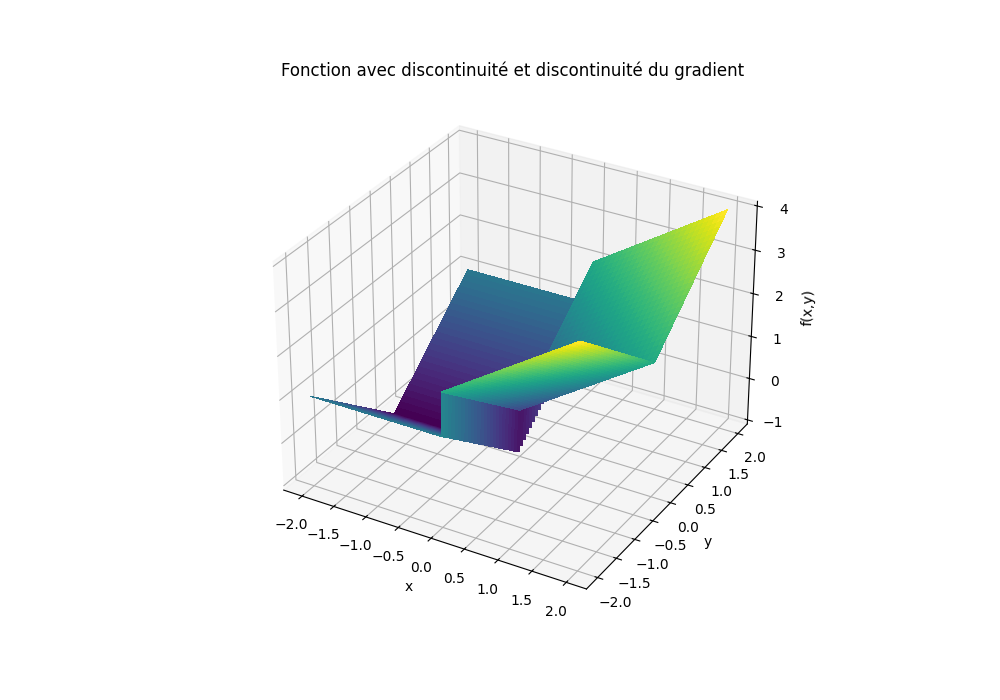
Repository: oomcth/Gradient-smoothing
Script's output: python test2D.py
An editor plug-in stored every save of this project. The script's output is shown before and after the next save, followed by the edit.
Random numbers start from a fixed seed.

Above is the script's output before, as saved 2025-11-23 22:22:34.

### test2D.py
import numpy as np
import matplotlib.pyplot as plt


def f(x, y):
    return np.where(x >= 0, x + np.abs(y), -1 + np.abs(y))


x = np.linspace(-2, 2, 400)
y = np.linspace(-2, 2, 400)
X, Y = np.meshgrid(x, y)
Z = f(X, Y)

fig = plt.figure(figsize=(10, 7))
ax = fig.add_subplot(111, projection="3d")
surf = ax.plot_surface(X, Y, Z, cmap="viridis", linewidth=0, antialiased=False)

ax.set_title("Fonction avec discontinuité et discontinuité du gradient")
ax.set_xlabel("x")
ax.set_ylabel("y")
ax.set_zlabel("f(x,y)")
plt.show()

After the next save:
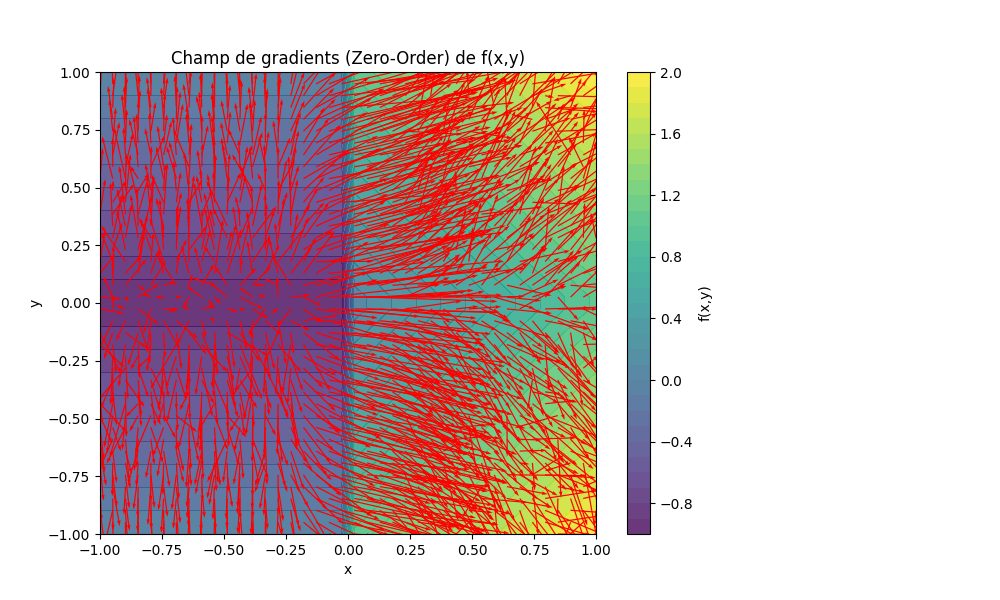
Saved 13 min 46 s later.
--- a/test2D.py
+++ b/test2D.py
@@ -1,22 +1,60 @@
 import numpy as np
 import matplotlib.pyplot as plt
 
+# --- paramètres ---
+sigma = 0.1
+M = 500  # nombre d'échantillons pour le gradient
+rng = np.random.default_rng()
 
-def f(x, y):
+
+# --- définition de la fonction R2 -> R ---
+def f2(x, y):
+    """Fonction avec discontinuité en x=0 et discontinuité du gradient en y=0."""
     return np.where(x >= 0, x + np.abs(y), -1 + np.abs(y))
 
 
-x = np.linspace(-2, 2, 400)
-y = np.linspace(-2, 2, 400)
-X, Y = np.meshgrid(x, y)
-Z = f(X, Y)
+# --- estimateur de gradient zéro-ordre ---
+def zo_gradient_2d(f, x, y, sigma=0.1, M=500):
+    """Estimation du gradient en (x, y) par l'estimateur zero-order."""
+    # position courante
+    X = np.array([x, y])
 
-fig = plt.figure(figsize=(10, 7))
-ax = fig.add_subplot(111, projection="3d")
-surf = ax.plot_surface(X, Y, Z, cmap="viridis", linewidth=0, antialiased=False)
+    # échantillons bruités autour de (x,y)
+    omegas = rng.normal(0, sigma, size=(M, 2))
+    Xs = X + omegas  # (M,2)
 
-ax.set_title("Fonction avec discontinuité et discontinuité du gradient")
+    # évaluations de f pour chaque point
+    f_vals = f(Xs[:, 0], Xs[:, 1])  # (M,)
+
+    # facteur lié à ∇_ω log p(ω)
+    weights = -omegas / (sigma**2)  # (M,2)
+
+    # estimation de l'espérance
+    grad_est = -(f_vals[:, None] * weights).mean(axis=0)
+    return grad_est  # (2,)
+
+
+# --- on calcule le gradient sur une grille ---
+xv = np.linspace(-1, 1, 40)
+yv = np.linspace(-1, 1, 40)
+X, Y = np.meshgrid(xv, yv)
+
+U = np.zeros_like(X)
+V = np.zeros_like(Y)
+
+for i in range(X.shape[0]):
+    for j in range(X.shape[1]):
+        grad = zo_gradient_2d(f2, X[i, j], Y[i, j], sigma=sigma, M=M)
+        U[i, j], V[i, j] = grad[0], grad[1]
+
+# --- visualisation du champ de gradients ---
+Z = f2(X, Y)
+
+fig, ax = plt.subplots(figsize=(8, 6))
+cont = ax.contourf(X, Y, Z, levels=30, cmap="viridis", alpha=0.8)
+ax.quiver(X, Y, U, V, color="red", scale=15)
 ax.set_xlabel("x")
 ax.set_ylabel("y")
-ax.set_zlabel("f(x,y)")
+ax.set_title("Champ de gradients (Zero-Order) de f(x,y)")
+plt.colorbar(cont, ax=ax, label="f(x,y)")
 plt.show()
